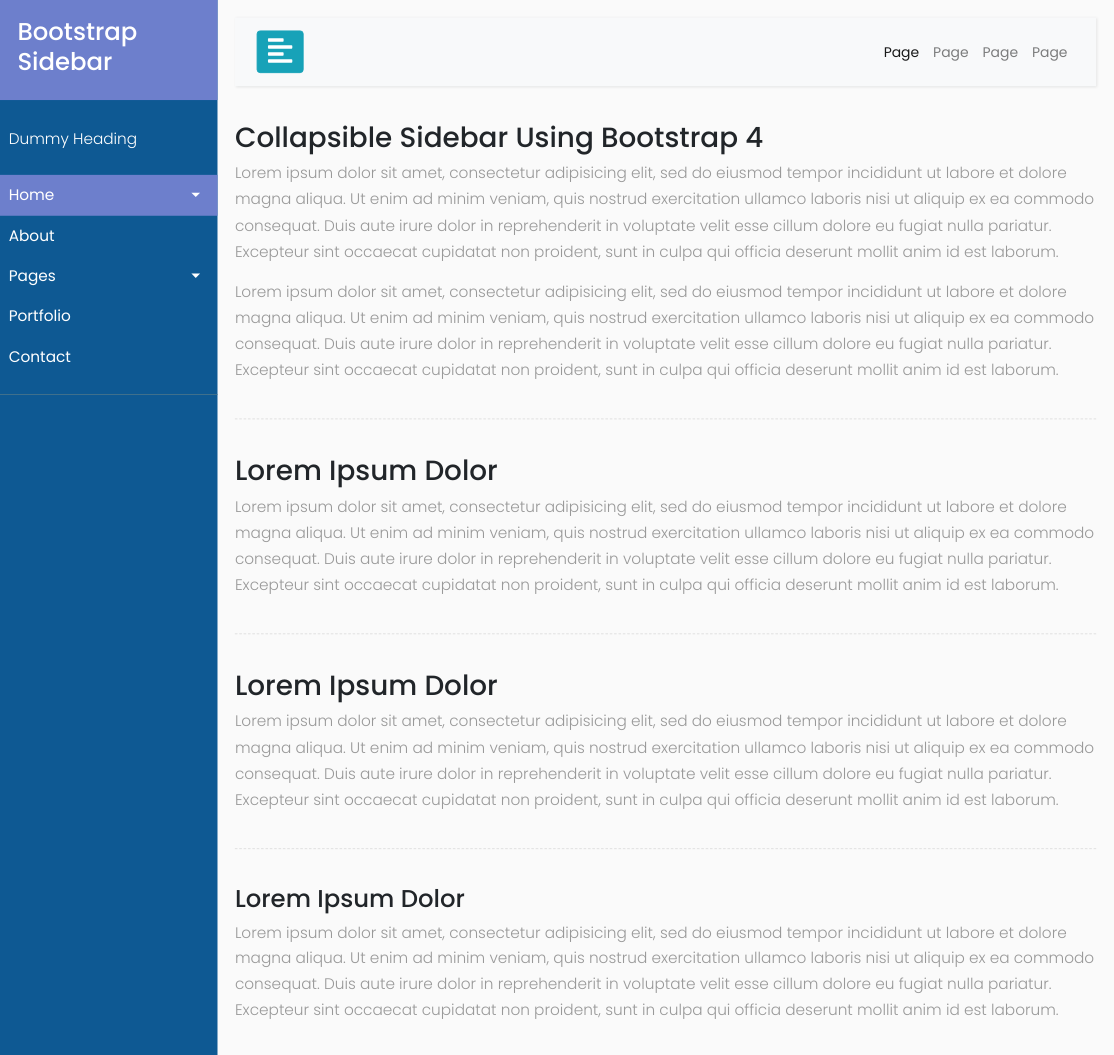
Repository: thiagosfideles/aprendendo-git
Page: http://localhost/
The author's editor kept a record of every edit. The page is drawn from the files as they stood at one moment, then again after the next edit.
The browser window is 1280 px wide. The pictures show the whole page, at 87% of full size.
Some web libraries are served in a nearby version. The page is run by PHP 8.4 with error messages shown; the project is at /var/www/html/.

Above is the page before.

After the next edit:
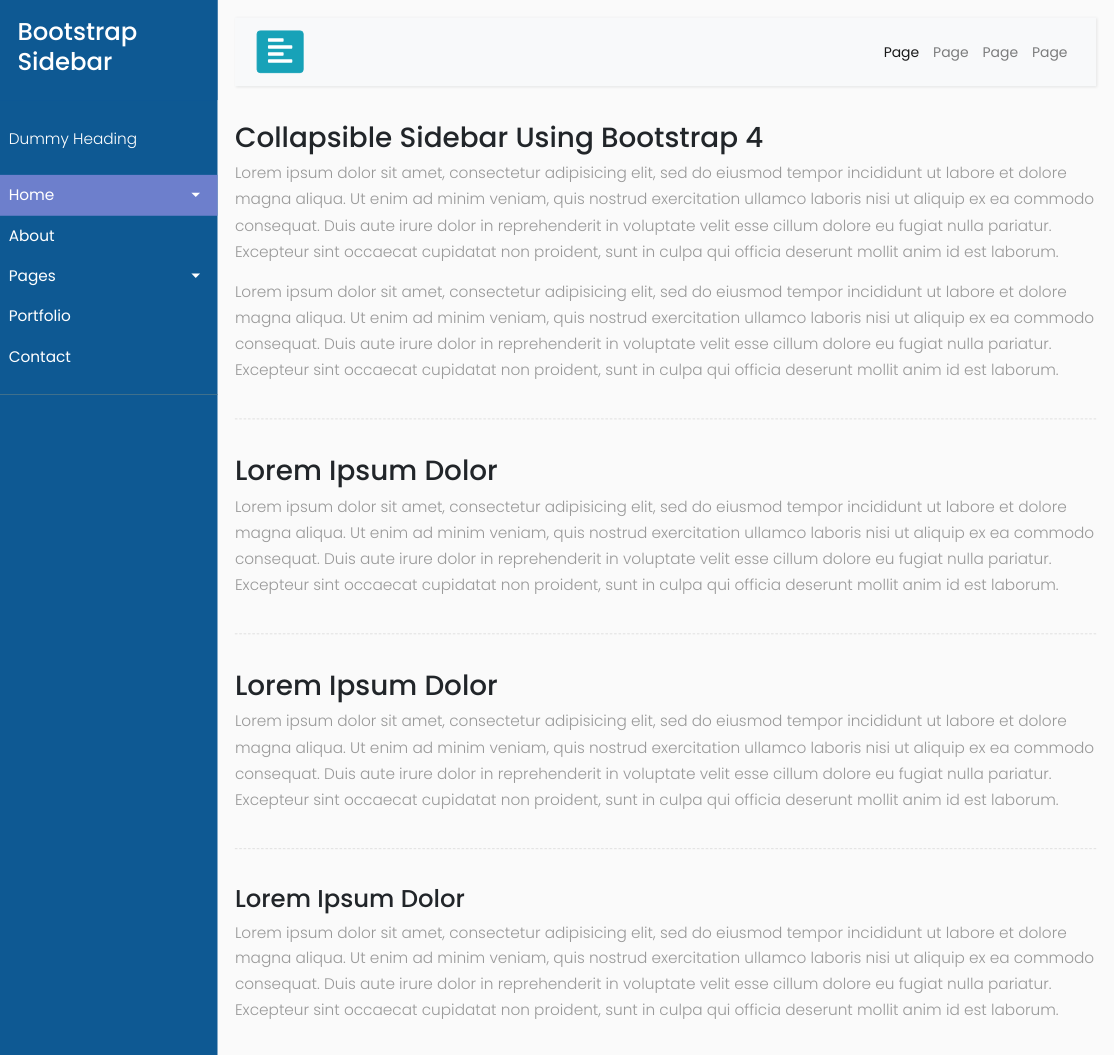
The edit:
--- a/css/style.css
+++ b/css/style.css
@@ -70,7 +70,7 @@
 
 #sidebar .sidebar-header {
     padding: 20px;
-    background: #6d7fcc;
+    background: #0E5993;
 }
 
 #sidebar ul.components {
